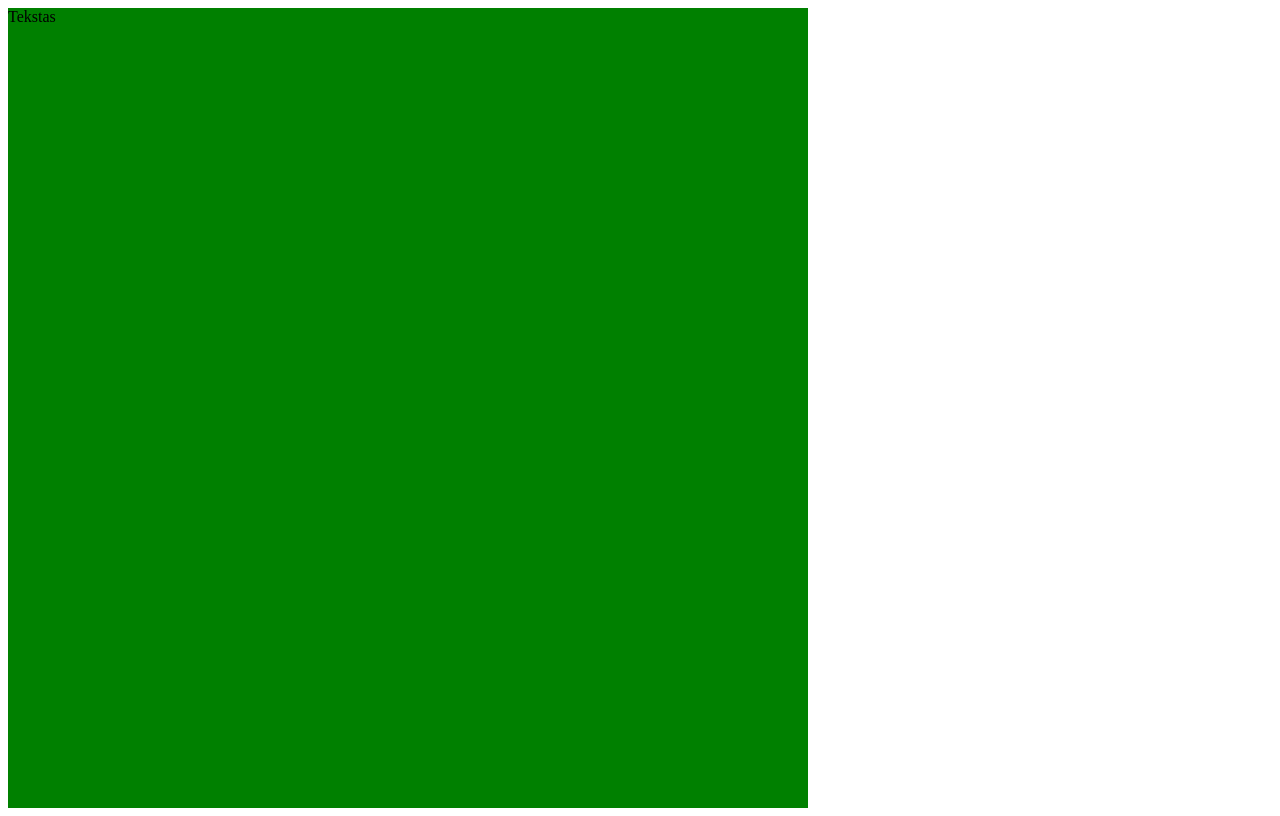
Repository: motiejus1/10-paskaita-05.31
Page: index.html
The author's editor kept a copy of each file at every save. The page is drawn from the files as they stood at one save, then again after the next save.
The browser window is 1280 px wide. The pictures show the whole page.

Above is the page before, as saved 2021-06-16 18:11:47.

### index.html
<!DOCTYPE html>
<html lang="en">
<head>
    <meta charset="UTF-8">
    <meta http-equiv="X-UA-Compatible" content="IE=edge">
    <meta name="viewport" content="width=device-width, initial-scale=1.0">
    <title>10 paskaita</title>

    <style>
        .container {
            width: 800px;
            height: 800px;
        }

        .zalia {
            background-color: green;
        }
    </style>
</head>
<body>
    <div class="container zalia">
        Tekstas
    </div>
</body>
</html>

After the next save:
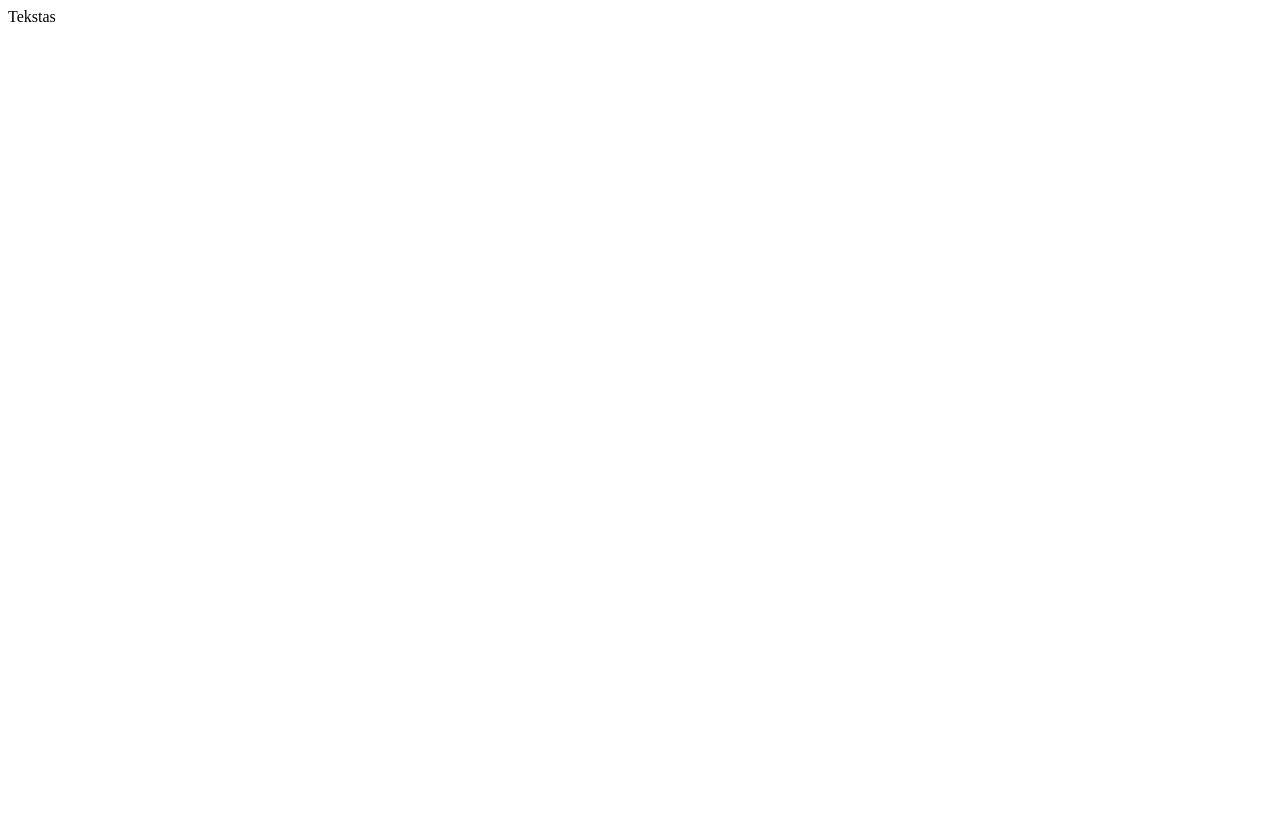
Saved 23 s later.
--- a/index.html
+++ b/index.html
@@ -13,7 +13,7 @@
         }
 
         .zalia {
-            background-color: green;
+            background-color: ;
         }
     </style>
 </head>

After the 2 saves that followed:
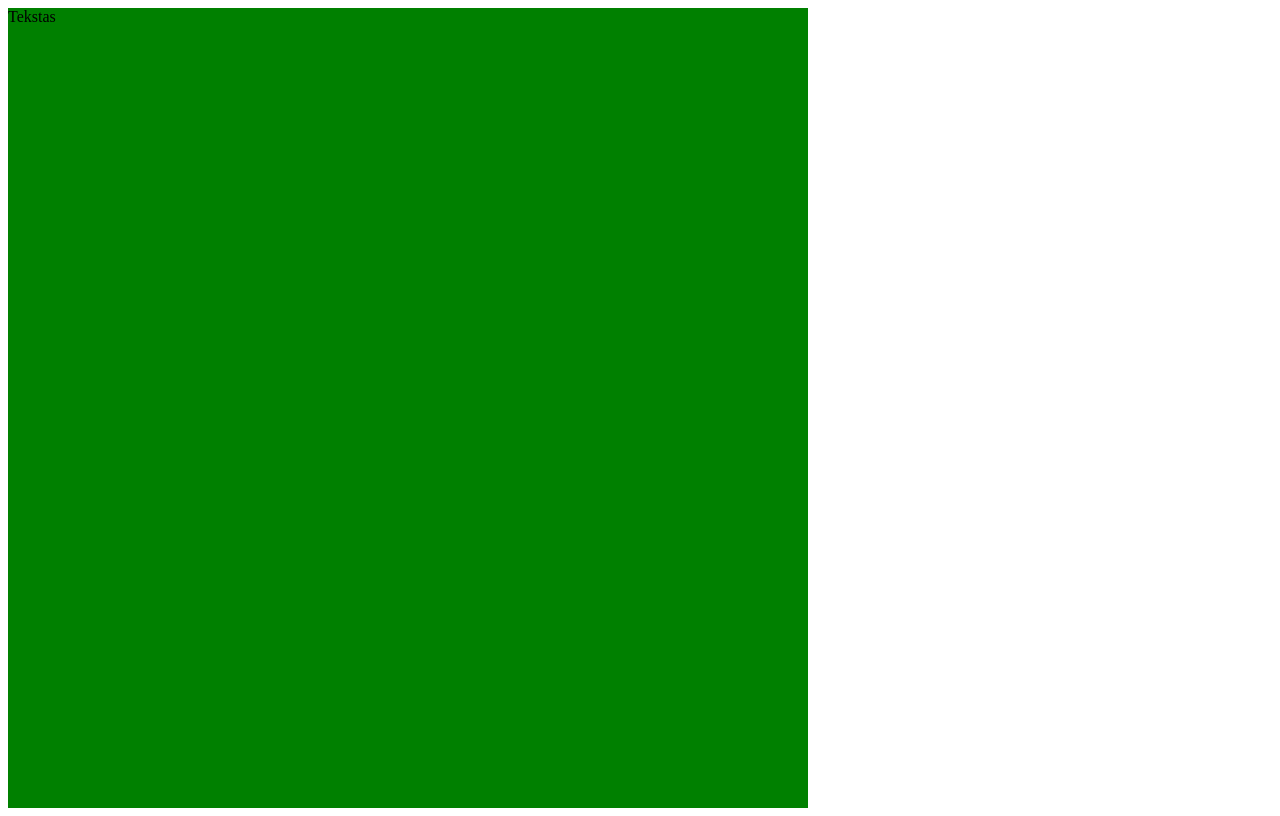
The 2 saves are shown as one change because they came seconds apart.
The last was saved 6 s later.
--- a/index.html
+++ b/index.html
@@ -13,7 +13,7 @@
         }
 
         .zalia {
-            background-color: ;
+            background-color: green;
         }
     </style>
 </head>
